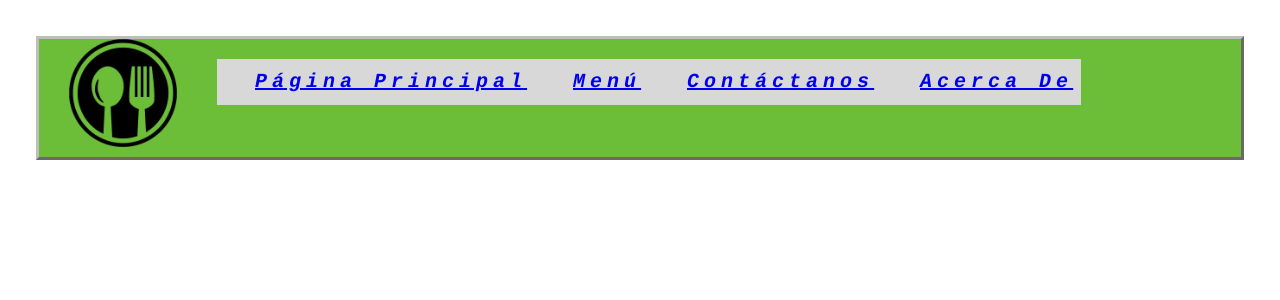
Repository: UVMCoyoacan/eq06_sitio1
Page: index.html
These files come from the project's save history. The page is drawn as it stood at one moment and after the next save; the edit follows.
The browser window is 1280 px wide. The pictures show the whole page.

Above is the page before, as saved 2024-03-07 10:19:17.

### index.html
<!DOCTYPE html>
<html>
    <head>
        <link rel="stylesheet" href="./Carpeta estilos/estilo1.css"/>
        <meta charset="utf-8" />
    </head>
    <body>
        <header id="parte_inicial" role="banner">
            <div class="encabezado" style="display: flex;   flex-wrap: wrap; ">
                    <div style="flex-wrap:wrap; text-align: center; white-space: nowrap; ">
                    <img width="108" height="108" src="./Carpeta ims/tres.png" onclick="redirigirIndex()" style="text-align: left; cursor:pointer; text-align: center;";>

                    </div>
            <div >
            <ul >
                <li  ><a href="#">Página principal</a></li>
                <li ><a href="./Carpeta docs/menu.html">Menú</a></li>
                <li ><a href="./Carpeta docs/contactos.html">Contáctanos</a></li>
                <li ><a class="active" href="./Carpeta docs/acercade.html">Acerca de</a></li>
            </ul>
        </div>
            </div>
        </header>
    </body>
    <script src="./Carpeta js/js1.js">
    </script>
</html>

### Carpeta estilos/estilo1.css
body{
  background-color:#ffffff;
  font-size:20px;
  font-family:Courier;
  font-weight:bold;
  font-style:normal;
  line-height:30px;
  letter-spacing:5px;
  padding: 28px;
  text-transform:capitalize;
  text-align:left;
  text-indent:30px;
}
header{
  background-color:#6cbe39;
  font-size:20px;
  font-family:Courier;
  font-weight:bold;
  font-style:italic;
  line-height:30px;
  letter-spacing:5px;
  text-transform:capitalize;
  text-align:left;
  text-indent:30px;
  border-style: outset;
  border-color: #BDBDBD;

}
li {
  display: inline;
  float: left;
  background-color:#D8D8D8;
  font-size:20px;
  font-family:Courier;
  font-weight:bold;
  font-style:oblique;
  line-height:30px;
  letter-spacing:5px;
  text-decoration:underline;
  text-transform:capitalize;
  text-align:left;
  text-indent:30px;
}


a {
  display: block;
  padding: 8px;
  background-color:#D8D8D8;
}
.active {
  background-color:transparent;

}

#titulo{
  text-decoration: overline underline;
  font-size:30px;
  font-style:oblique;

}
ul {
  margin-left: auto;
}

### Carpeta js/js1.js
function redirigirIndex() {
    window.location.href = '#';
}

After the next save:
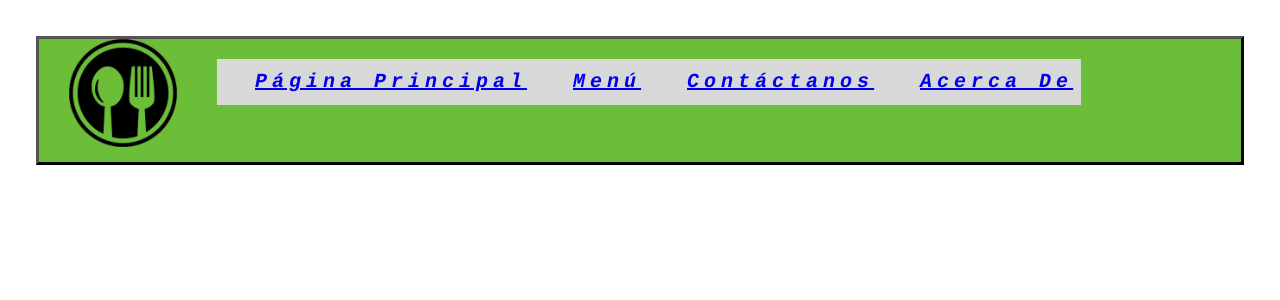
Saved 21 s later.
--- a/Carpeta estilos/estilo1.css
+++ b/Carpeta estilos/estilo1.css
@@ -17,13 +17,13 @@ header{
   font-family:Courier;
   font-weight:bold;
   font-style:italic;
-  line-height:30px;
+  line-height:40px;
   letter-spacing:5px;
   text-transform:capitalize;
   text-align:left;
   text-indent:30px;
   border-style: outset;
-  border-color: #BDBDBD;
+  border-color: #000000;
 
 }
 li {
